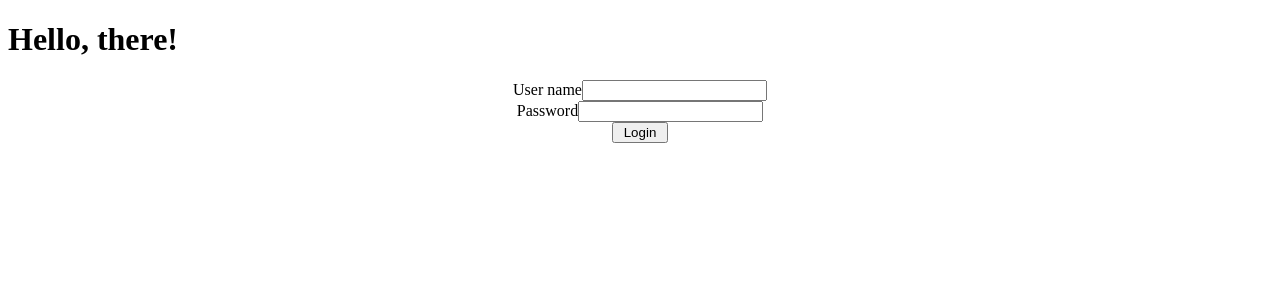
Repository: agarwaljayant7/JavaStuffs
Page: http://localhost/HotelBillingSystem/
The author's editor kept a copy of each file at every save. The page is drawn from the files as they stood at one save, then again after the next save.
The browser window is 1280 px wide. The pictures show the whole page.
The page is served by Tomcat 9. Other server files are loaded and not shown.

Above is the page before, as saved 2019-12-25 07:55:25.

### BillingSystem/HotelBillingSystem/WebContent/index.jsp
<%@ page language="java" contentType="text/html; charset=UTF-8"
    pageEncoding="UTF-8"%>
<!DOCTYPE html>
<html>
<head>
<meta charset="UTF-8">
<title>Hello World</title>
</head>
<body>
<h1> Hello, there!</h1>

<center>
	<form name = "LoginForm" action="LoginController" method="POST">

	User name<input type = "text" name ="username"/><br>
	Password<input type = "password" name ="userpass"/><br>

	<input type = "submit" value = " Login "/>
</form>
</center>

</body>
</html>

After the next save:
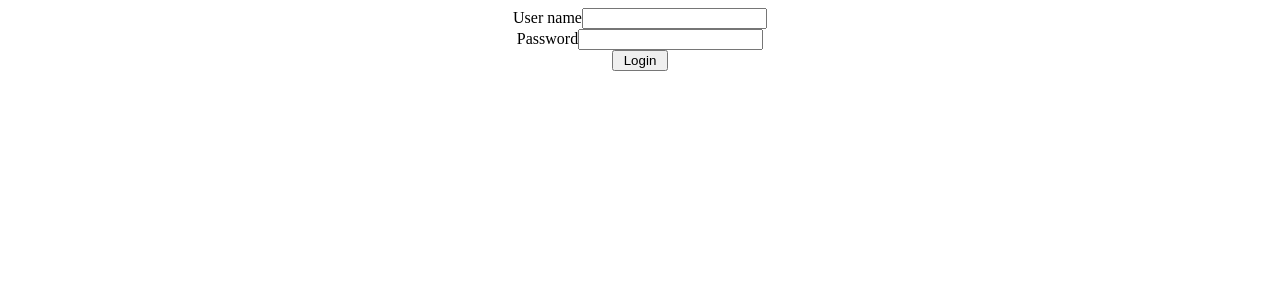
Saved 91 s later.
--- a/BillingSystem/HotelBillingSystem/WebContent/index.jsp
+++ b/BillingSystem/HotelBillingSystem/WebContent/index.jsp
@@ -7,7 +7,6 @@
 <title>Hello World</title>
 </head>
 <body>
-<h1> Hello, there!</h1>
 
 <center>
 	<form name = "LoginForm" action="LoginController" method="POST">
